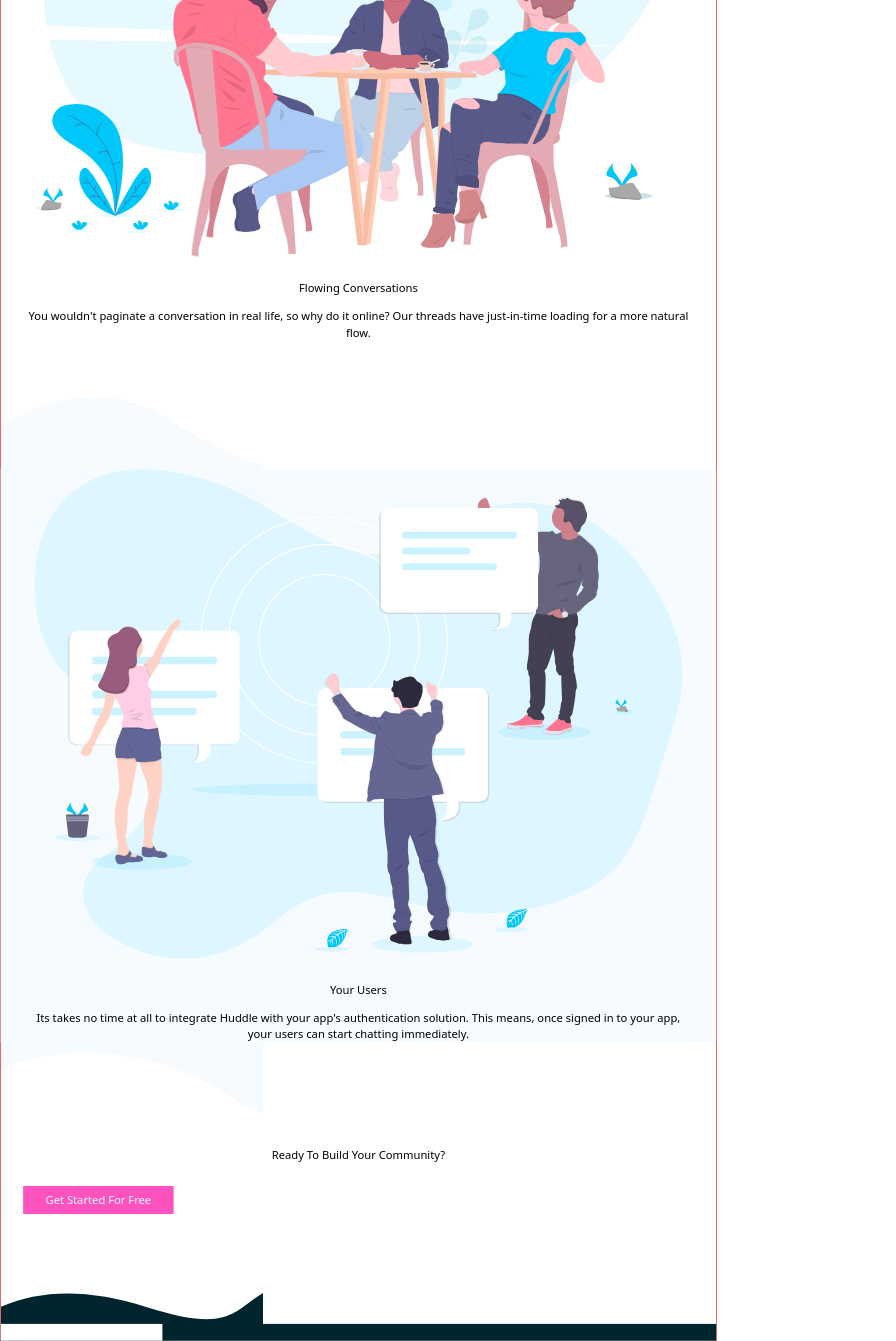
Repository: nivrii/huddle-landing-page-with-curved-sections-master
Page: /
The author's editor kept a copy of each file at every save. The page is drawn from the files as they stood at one save, then again after the next save.
The browser window is 1280 px wide. The pictures show the part of the page from y = 2726 to 4646 px (the page is 4642 px tall before and 4646 px after), at 70% of full size.
The project was rebuilt for these pictures with package versions that can differ from the ones it lists, and the page was loaded fresh each time. Also part of the build but not shown: vite.config.js.

Above is the page before, as saved 2024-04-03 19:16:08.

After the next save:
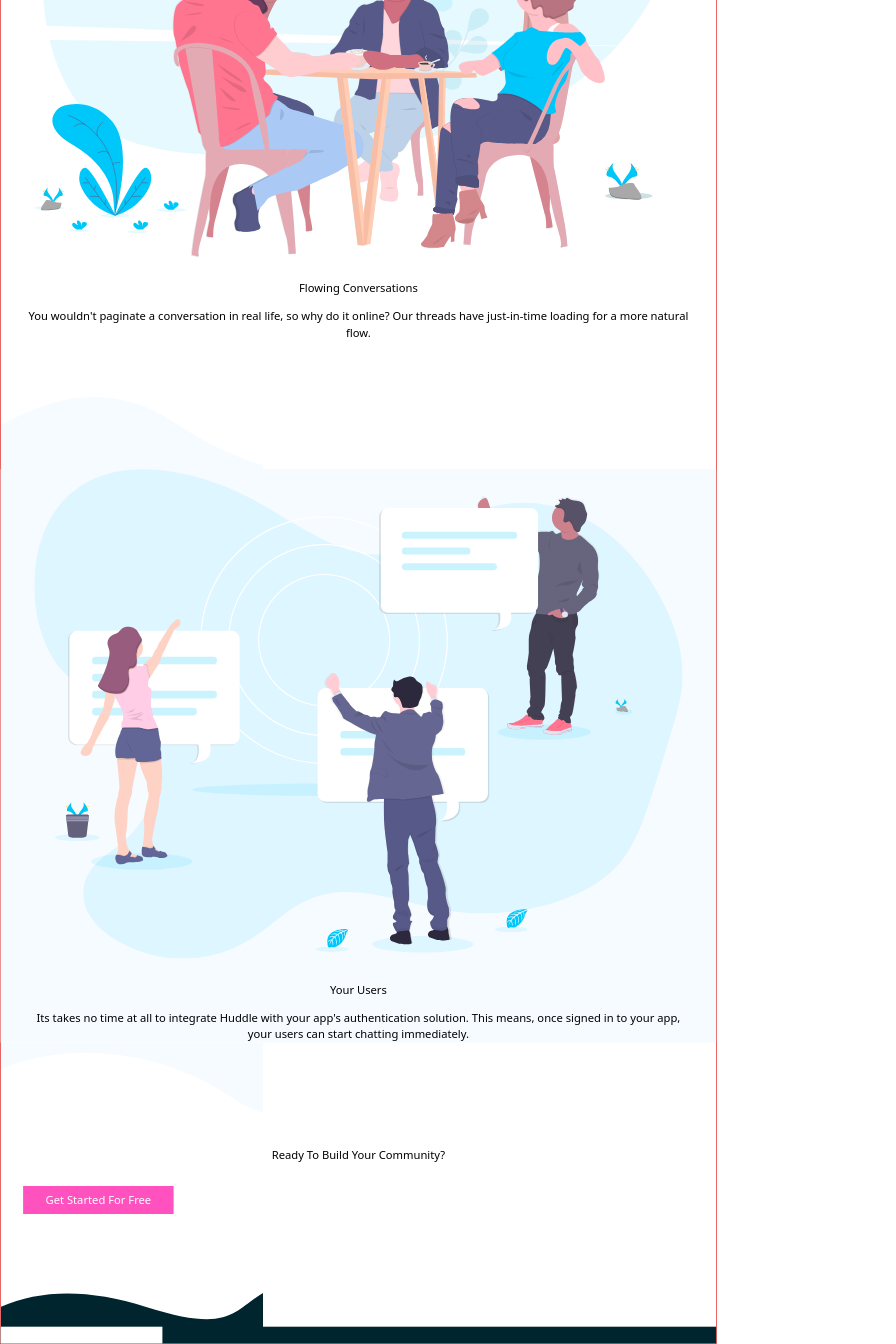
Saved 8 s later.
--- a/src/App.jsx
+++ b/src/App.jsx
@@ -124,7 +124,7 @@
 
       <img src={footerTopM} alt="" />
 
-      <footer className="bg-bgFooter -mt-2">
+      <footer className="bg-bgFooter -mt-1">
         <div>
           <h1></h1>
           <p></p>
